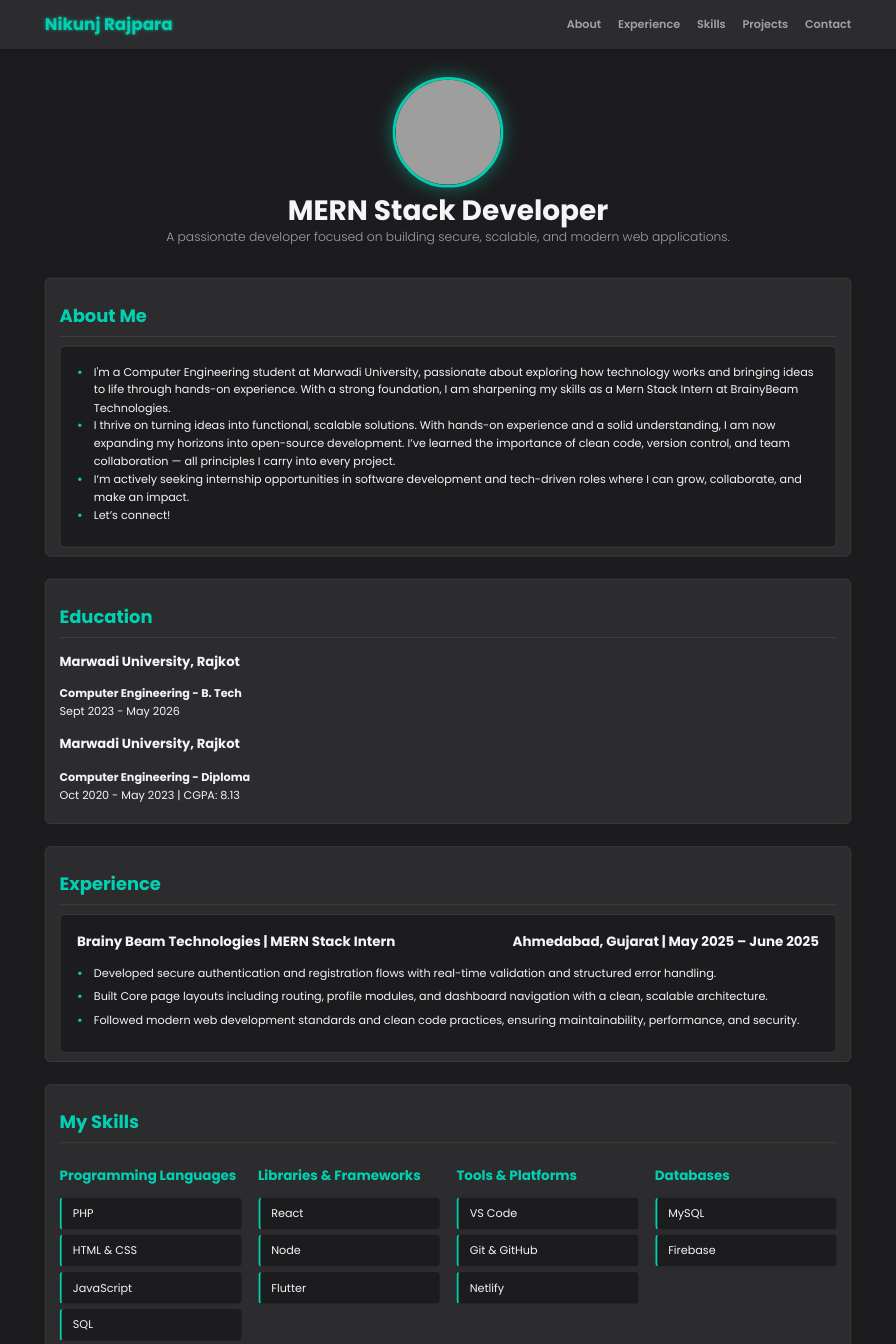
Repository: NikunjRajpara/portfolio
Page: index.html
An editor plug-in stored every save of this project. The page is shown before and after the next save, followed by the edit.
The browser window is 1280 px wide. The pictures show the part of the page from y = 0 to 1920 px (the page is 3365 px tall), at 70% of full size.
Pictures or frames that could not be fetched are drawn as grey boxes.

Above is the page before, as saved 2025-07-23 11:04:38.

### index.html
<!DOCTYPE html>
<html lang="en">
<head>
    <meta charset="UTF-8">
    <meta name="viewport" content="width=device-width, initial-scale=1.0">
    <title>Nikunj Rajpara | Personal Portfolio</title>
    <link rel="stylesheet" href="style.css">
    <link rel="preconnect" href="https://fonts.googleapis.com">
    <link rel="preconnect" href="https://fonts.gstatic.com" crossorigin>
    <link href="https://fonts.googleapis.com/css2?family=Poppins:wght@300;400;600;700&display=swap" rel="stylesheet">
    <link rel="stylesheet" href="https://cdnjs.cloudflare.com/ajax/libs/font-awesome/6.5.1/css/all.min.css">
</head>
<body>

    <!-- Header Section -->
    <header>
        <nav>
            <div class="logo">Nikunj Rajpara</div>
            <ul class="nav-links">
                <li><a href="#about">About</a></li>
                <li><a href="#experience">Experience</a></li>
                <li><a href="#skills">Skills</a></li>
                <li><a href="#projects">Projects</a></li>
                <li><a href="#contact">Contact</a></li>
            </ul>
        </nav>
    </header>

    <!-- Main Content -->
    <main>
        <!-- Hero Section -->
        <section id="hero">
            <div class="hero-content">
                <img src="https://github.com/user-attachments/assets/263757a8-381b-4890-8bf0-0c66ba8d1ebf" alt="Profile Picture of Nikunj Rajpara" class="profile-img">
                <div class="hero-text">
                    <h1>MERN Stack Developer</h1>
                    <p>A passionate developer focused on building secure, scalable, and modern web applications.</p>
                </div>
            </div>
        </section>

        <!-- About Section -->
        <section id="about">
            <h2>About Me</h2>
            <div class="About-item">
            <ul class="introduction">
                    <li>I'm a Computer Engineering student at Marwadi University, passionate about exploring how technology works and bringing ideas to life through hands-on experience. With a strong foundation, I am sharpening my skills as a Mern Stack Intern at BrainyBeam Technologies.</li>
                    <li> I thrive on turning ideas into functional, scalable solutions. With hands-on experience and a solid understanding, I am now expanding my horizons into open-source development. I’ve learned the importance of clean code, version control, and team collaboration — all principles I carry into every project.</li>
                    <li> I’m actively seeking internship opportunities in software development and tech-driven roles where I can grow, collaborate, and make an impact.</li>
                    <li>Let’s connect!</li>
                    </div>
        </section>

        <!-- Education Section -->
<section id="education">
  <h2>Education</h2>
  <div class="education-item">
    <h3>Marwadi University, Rajkot</h3>
    <p><strong>Computer Engineering - B. Tech</strong><br>Sept 2023 - May 2026</p>
  </div>
  <div class="education-item">
    <h3>Marwadi University, Rajkot</h3>
    <p><strong>Computer Engineering - Diploma</strong><br>Oct 2020 - May 2023 | CGPA: 8.13</p>
  </div>
</section>

        <!-- Experience Section -->
        <section id="experience">
            <h2>Experience</h2>
            <div class="experience-item">
                <div class="experience-header">
                    <h3>Brainy Beam Technologies | MERN Stack Intern</h3>
                    <span class="experience-location">Ahmedabad, Gujarat | May 2025 – June 2025</span>
                </div>
                <ul class="experience-details">
                    <li>Developed secure authentication and registration flows with real-time validation and structured error handling.</li>
                    <li>Built Core page layouts including routing, profile modules, and dashboard navigation with a clean, scalable architecture.</li>
                    <li>Followed modern web development standards and clean code practices, ensuring maintainability, performance, and security.</li>
                </ul>
            </div>
        </section>

        <!-- Skills Section -->
        <section id="skills">
            <h2>My Skills</h2>
            <div class="skills-container">
                <div class="skill-category">
                    <h3>Programming Languages</h3>
                    <ul>
                        <li>PHP</li>
                        <li>HTML & CSS</li>
                        <li>JavaScript</li>
                        <li>SQL</li>
                        <li>Dart</li>
                    </ul>
                </div>
                <div class="skill-category">
                    <h3>Libraries & Frameworks</h3>
                    <ul>
                        <li>React</li>
                        <li>Node</li>
                        <li>Flutter</li>
                    </ul>
                </div>
                <div class="skill-category">
                    <h3>Tools & Platforms</h3>
                    <ul>
                        <li>VS Code</li>
                        <li>Git & GitHub</li>
                        <li>Netlify</li>
                    </ul>
                </div>
                <div class="skill-category">
                    <h3>Databases</h3>
                    <ul>
                        <li>MySQL</li>
                        <li>Firebase</li>
                    </ul>
                </div>
            </div>
        </section>

        <!-- Projects Section -->
        <section id="projects">
            <h2>Projects</h2>
            <div class="project-card">
                <div class="project-header">
                    <h3>PrepDesk - Online Exam System</h3>
                    <span class="project-tech">Flutter (Dart), Firebase, JSON</span>
                </div>
                <ul class="project-details">
                    <li>Created an online examination platform allowing users to attempt multiple exams..</li>
                    <li>Designed to support static subjects with 30 MCQs each, with shuffling functionality based on login.</li>
                    <li>Developed using Flutter & JSON for question storage and dynamic loading.</li>
                    <li>Ensured a user-friendly interface for a seamless test-taking experience.</li>
                <div class="project-links">
                    <a href="https://github.com/NikunjRajpara/prepdesk" class="btn-link">GitHub Repo</a>
                    <a href="https://prepdeskexam.netlify.app/" class="btn-link">Live Demo</a>
                </div>
            </div>

            <div class="project-card">
  <div class="project-header">
    <h3>XKCD Comic Mailer</h3>
    <span class="project-tech">PHP, Mail SMTP</span>
  </div>
  <ul class="project-details">
    <li>Built a PHP-based system that fetches the latest XKCD comic and emails it to registered users.</li>
    <li>Integrated Gmail SMTP for sending HTML emails, including unsubscribe and verification features.</li>
    <li>Developed with modular code and basic security features like email verification links.</li>
  </ul>
  <div class="project-links">
    <a href="https://github.com/NikunjRajpara/XKCD-Comic" class="btn-link">GitHub Repo</a>
  </div>
</div>

<div class="project-card">
  <div class="project-header">
    <h3>My Meds – Online Pharmacy Store</h3>
    <span class="project-tech">WordPress, WooCommerce, Elementor</span>
  </div>
  <ul class="project-details">
    <li>Built a feature-rich e-commerce site with login, cart, wishlist, product filters, and order tracking.</li>
    <li>Configured preloaders, variation swatches, and speed optimization using LiteSpeed Cache.</li>
    <li>Focused on UI/UX with Woostify theme and responsive design.</li>
    <li>Used WooCommerce, Elementor, and plugins like Contact Form 7 and TI Wishlist for core functionality.</li>
  </ul>
  <div class="project-links">
    <a href="https://mymeds.42web.io/" class="btn-link">Live Demo</a>
  </div>
</div>

        </section>

        <!-- Contact Section -->
        <aside id="contact">
            <h2>Contact Me</h2>
            <p>Feel free to reach out for collaborations or just a friendly chat!</p>
            <div class="contact-links">
                <a href="mailto:nikunjrajpara29@gmail.com"><i class="fas fa-envelope"></i> nikunjrajpara29@gmail.com</a>
                <a href="https://github.com/NikunjRajpara"><i class="fab fa-github"></i> GitHub</a>
                <a href="https://www.linkedin.com/in/nikunj-rajpara-4628a0247/"><i class="fab fa-linkedin"></i> LinkedIn</a>
            </div>
        </aside>
    </main>

    <!-- Footer -->
    <footer>
        <p>Nikunj Rajpara.</p>
    </footer>

</body>
</html>

### style.css
/* CSS Variables for easy color changes */
:root {
    --primary-neon: #00d1b2; /* A vibrant, modern teal/neon color */
    --background-dark: #1c1c1e;
    --content-dark: #2c2c2e;
    --text-light: #f5f5f7;
    --text-muted: #a1a1a6;
    --border-color: #444;
}

/* FIX: This tells the browser to leave 80px of space at the top when scrolling to an element */
html {
    scroll-behavior: smooth;
    scroll-padding-top: 80px;
}

/* General Body Styles */
body {
    font-family: 'Poppins', sans-serif;
    margin: 0;
    padding: 0;
    background-color: var(--background-dark);
    color: var(--text-light);
    line-height: 1.6;
}

/* Header and Navigation */
header {
    background-color: var(--content-dark);
    box-shadow: 0 2px 4px rgba(0,0,0,0.3);
    padding: 1rem 5%;
    position: sticky;
    top: 0;
    z-index: 1000;
}

nav {
    display: flex;
    justify-content: space-between;
    align-items: center;
}

.logo {
    font-size: 1.5rem;
    font-weight: 700;
    color: var(--primary-neon);
    text-shadow: 0 0 5px rgba(0, 209, 178, 0.7);
}

.nav-links {
    list-style: none;
    display: flex;
    gap: 1.5rem;
    margin: 0;
    padding: 0;
}

.nav-links a {
    text-decoration: none;
    color: var(--text-muted);
    font-weight: 600;
    transition: color 0.3s ease, text-shadow 0.3s ease;
}

.nav-links a:hover {
    color: var(--primary-neon);
    text-shadow: 0 0 3px rgba(0, 209, 178, 0.5);
}

/* Main Content and Sections */
main {
    padding: 1.5rem 5%;
}

section, aside {
    margin-bottom: 2rem;
    padding: 0.75rem 1.25rem; /* Reduced top and bottom padding */
    background-color: var(--content-dark);
    border-radius: 8px;
    border: 1px solid var(--border-color);
}

h1, h2, h3 {
    color: var(--text-light);
}

h1 {
    font-size: 2.5rem;
    margin-bottom: 0.5rem;
}

h2 {
    font-size: 1.6rem;
    color: var(--primary-neon);
    margin-bottom: 0.8rem;
    border-bottom: 1px solid var(--border-color);
    padding-bottom: 0.5rem;
}

/* Hero Section */
#hero {
    background: none;
    border: none;
    text-align: center;
    padding-top: 1rem;
}

.hero-content {
    display: flex;
    flex-direction: column;
    align-items: center;
    gap: 0.5rem; /* Reduced gap */
}

.profile-img {
    width: 150px;
    height: 150px;
    border-radius: 50%;
    border: 4px solid var(--primary-neon);
    box-shadow: 0 0 25px rgba(0, 209, 178, 0.5);
}

.hero-text h1 {
    color: var(--text-light);
    font-weight: 700;
    margin: 0; /* Removed all margins */
    line-height: 1.2; /* Tightened line height */
}

.hero-text p {
    font-size: 1.1rem;
    color: var(--text-muted);
    font-weight: 300;
    margin: 0; /* Removed all margins */
}

.introduction {
    list-style: none;
    padding-left: 0;
    margin: 0;
}
.About-item {
    background: var(--background-dark);
    padding: 1.5rem;
    border-radius: 8px;
    border: 1px solid var(--border-color);
}
.introduction{
    padding-left: 1.5rem;
    position: relative;
    margin-bottom: 0.5rem;
}

.introduction li::before {
    content: '•';
    color: var(--primary-neon);
    font-weight: bold;
    display: inline-block;
    position: absolute;
    left: 0;
}

/* Experience Section */
.experience-item {
    background: var(--background-dark);
    padding: 1.5rem;
    border-radius: 8px;
    border: 1px solid var(--border-color);
}

.experience-header {
    display: flex;
    justify-content: space-between;
    align-items: baseline;
    margin-bottom: 1rem;
}

.experience-header h3 {
    margin: 0;
    font-size: 1.2rem;
    font-weight: 700;
    color: var(--text-light);
}

.experience-location {
    font-size: 1.2rem;
    color: var(--text-light);
    font-style: normal;
    font-weight: 700;
    white-space: nowrap;
    padding-left: 1rem;
}

.experience-details {
    list-style: none;
    padding-left: 0;
    margin: 0;
}

.experience-details li {
    padding-left: 1.5rem;
    position: relative;
    margin-bottom: 0.5rem;
}

.experience-details li::before {
    content: '•';
    color: var(--primary-neon);
    font-weight: bold;
    display: inline-block;
    position: absolute;
    left: 0;
}

/* Skills Section */
.skills-container {
    display: grid;
    grid-template-columns: repeat(auto-fit, minmax(220px, 1fr));
    gap: 1.5rem;
}

.skill-category h3 {
    color: var(--primary-neon);
    font-size: 1.2rem;
    margin-bottom: 1rem;
}

.skill-category ul {
    list-style: none;
    padding: 0;
    margin: 0;
}

.skill-category li {
    background-color: var(--background-dark);
    padding: 0.6rem 1rem;
    margin-bottom: 0.5rem;
    border-radius: 5px;
    border-left: 3px solid var(--primary-neon);
    transition: transform 0.2s ease, box-shadow 0.2s ease;
}

.skill-category li:hover {
    transform: translateX(5px);
    box-shadow: 0 0 10px rgba(0, 209, 178, 0.3);
}


/* Projects Section */
.project-card {
    background: var(--background-dark);
    padding: 1.5rem;
    border-radius: 8px;
    border: 1px solid var(--border-color);
}

.project-header {
    display: flex;
    justify-content: space-between;
    align-items: baseline;
    margin-bottom: 0.5rem;
}

.project-header h3 {
    margin: 0;
    font-size: 1.2rem;
    font-weight: 700;
}

.project-tech {
    font-size: 1.2rem;
    color: var(--text-light);
    font-style: normal;
    font-weight: 700;
    white-space: nowrap;
    padding-left: 1rem;
}

.project-details {
    list-style: none;
    padding-left: 0;
    margin: 0;
}

.project-details li {
    padding-left: 1.5rem;
    position: relative;
    margin-bottom: 0.5rem;
}

.project-details li::before {
    content: '•';
    color: var(--primary-neon);
    font-weight: bold;
    display: inline-block;
    position: absolute;
    left: 0;
}

.project-links {
    margin-top: 1rem;
}

.btn-link {
    text-decoration: none;
    background-color: var(--primary-neon);
    color: #000;
    padding: 0.6rem 1.2rem;
    border-radius: 5px;
    font-weight: 600;
    transition: background-color 0.3s ease, box-shadow 0.3s ease;
    margin-right: 0.5rem;
    border: 1px solid var(--primary-neon);
}

.btn-link:hover {
    background-color: transparent;
    color: var(--primary-neon);
    box-shadow: 0 0 15px rgba(0, 209, 178, 0.6);
}

/* Contact Section */
#contact .contact-links {
    display: flex;
    flex-direction: column;
    gap: 1rem;
}

#contact .contact-links a {
    text-decoration: none;
    color: var(--text-muted);
    font-size: 1.1rem;
    transition: color 0.3s ease;
}

#contact .contact-links a:hover {
    color: var(--primary-neon);
}

#contact .contact-links i {
    margin-right: 0.8rem;
    color: var(--primary-neon);
}

/* Footer */
footer {
    text-align: center;
    padding: 1.5rem 5%;
    background-color: var(--content-dark);
    color: var(--text-muted);
    margin-top: 2rem;
    border-top: 1px solid var(--border-color);
}

/* Responsive Design */
@media (max-width: 768px) {
    nav {
        flex-direction: column;
        gap: 1rem;
    }

    .nav-links {
        flex-wrap: wrap;
        justify-content: center;
        gap: 0.5rem 1rem;
    }

    h1 {
        font-size: 2rem;
    }

    h2 {
        font-size: 1.5rem; /* Adjusted for mobile */
    }

    main {
        padding: 1.5rem 3%;
    }

    .skills-container {
        grid-template-columns: 1fr;
    }

    .experience-header,
    .project-header {
       flex-direction: column;
       align-items: flex-start;
       gap: 0.25rem;
    }
}

After the next save:
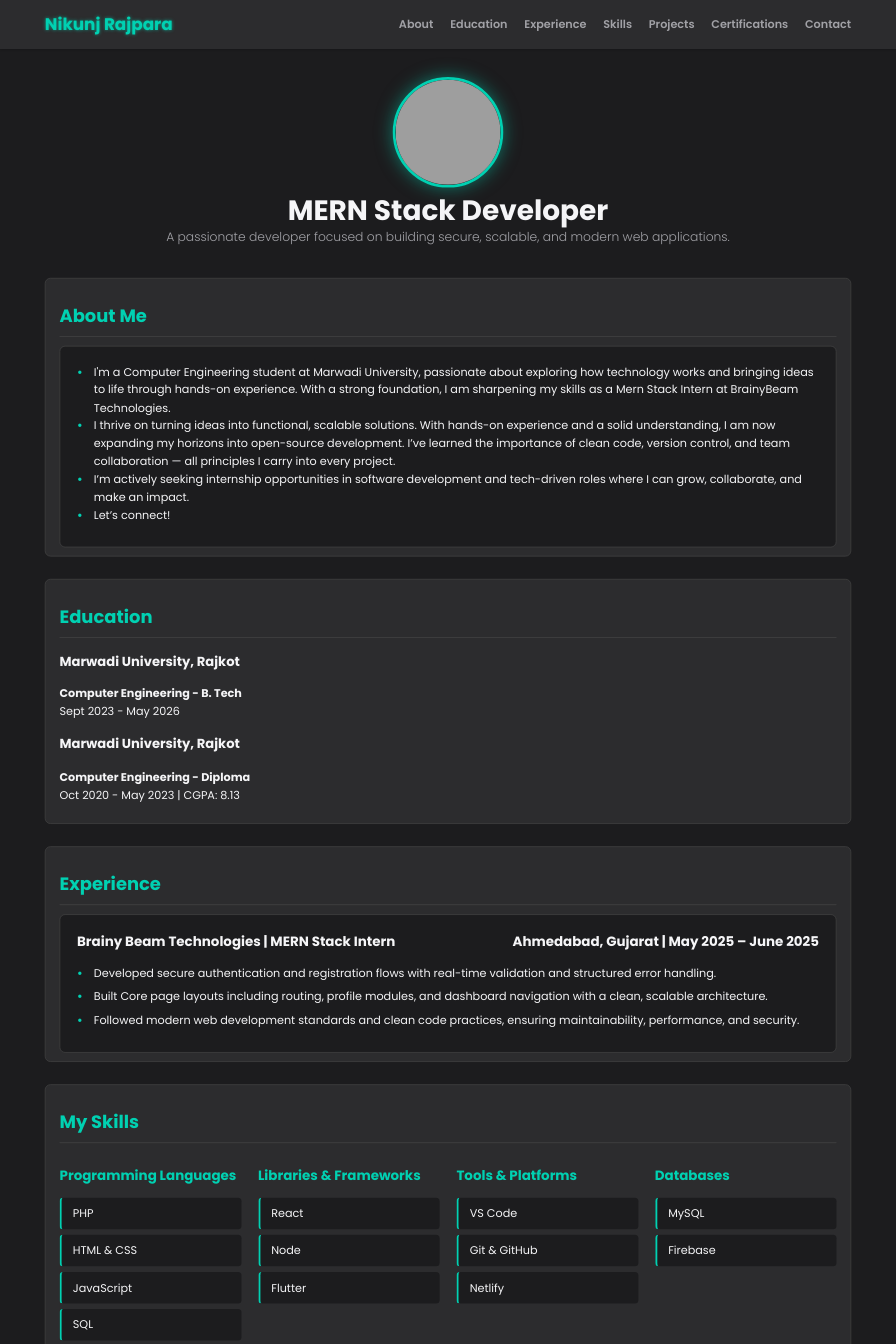
Saved 58 s later.
--- a/index.html
+++ b/index.html
@@ -17,12 +17,15 @@
         <nav>
             <div class="logo">Nikunj Rajpara</div>
             <ul class="nav-links">
-                <li><a href="#about">About</a></li>
-                <li><a href="#experience">Experience</a></li>
-                <li><a href="#skills">Skills</a></li>
-                <li><a href="#projects">Projects</a></li>
-                <li><a href="#contact">Contact</a></li>
-            </ul>
+  <li><a href="#about">About</a></li>
+  <li><a href="#education">Education</a></li>
+  <li><a href="#experience">Experience</a></li>
+  <li><a href="#skills">Skills</a></li>
+  <li><a href="#projects">Projects</a></li>
+  <li><a href="#certifications">Certifications</a></li>
+  <li><a href="#contact">Contact</a></li>
+</ul>
+
         </nav>
     </header>
 
